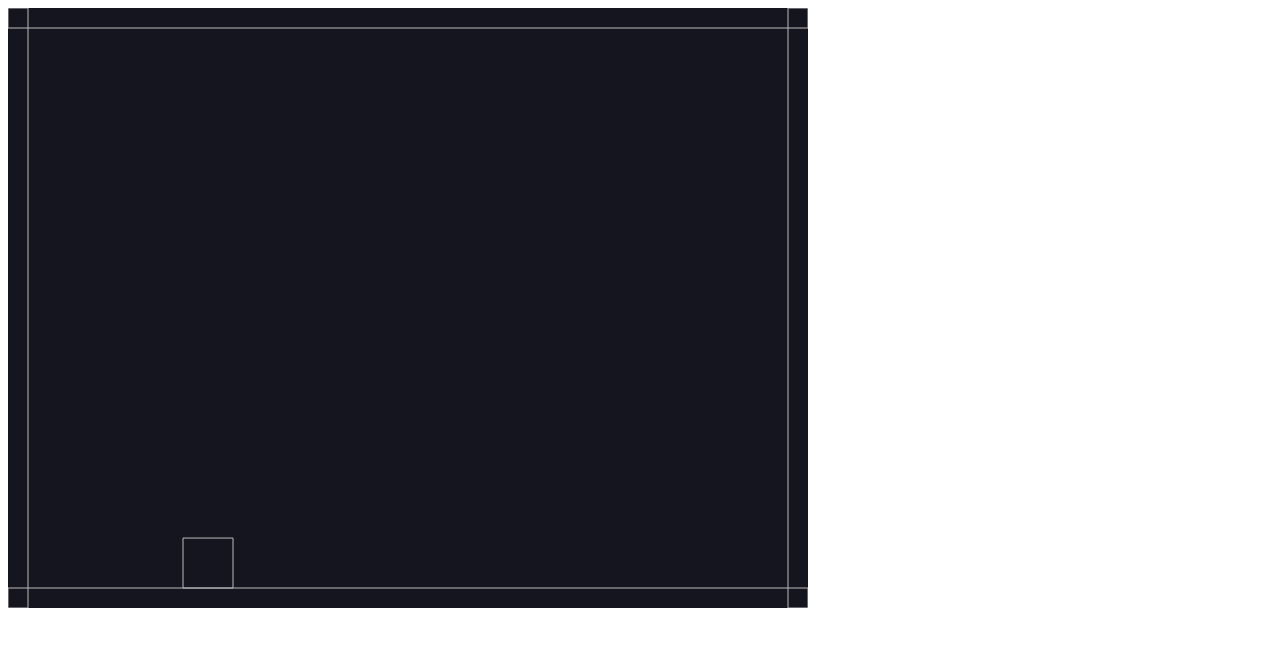
Repository: zhapar/JS-Bootcamp
Page: 3. Maze/index.html
These files come from the project's save history. The page is drawn as it stood at one moment and after the next save; the edit follows.
The browser window is 1280 px wide. The pictures show the whole page.
Some web libraries are served in a nearby version.

Above is the page before, as saved 2020-07-12 18:33:22.

After the next save:
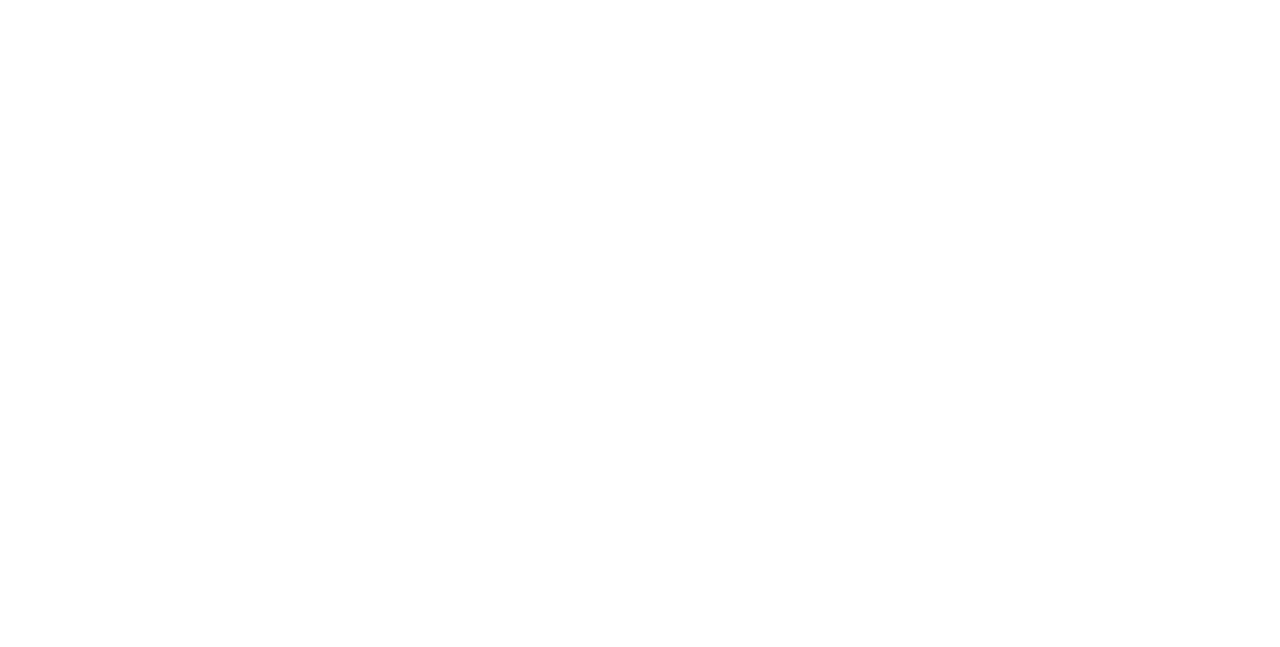
Console error: SyntaxError: missing ) after argument list
Saved 30 s later.
--- a/3. Maze/app.js
+++ b/3. Maze/app.js
@@ -22,7 +22,7 @@
 Render.run(render);
 Runner.run(Runner.create(), engine);
 
-World.add(world, MouseConstraint, {
+World.add(world, MouseConstraint.create(engine, {
   mouse: Mouse.create(render.canvas),
 });
 

After the 2 saves that followed:
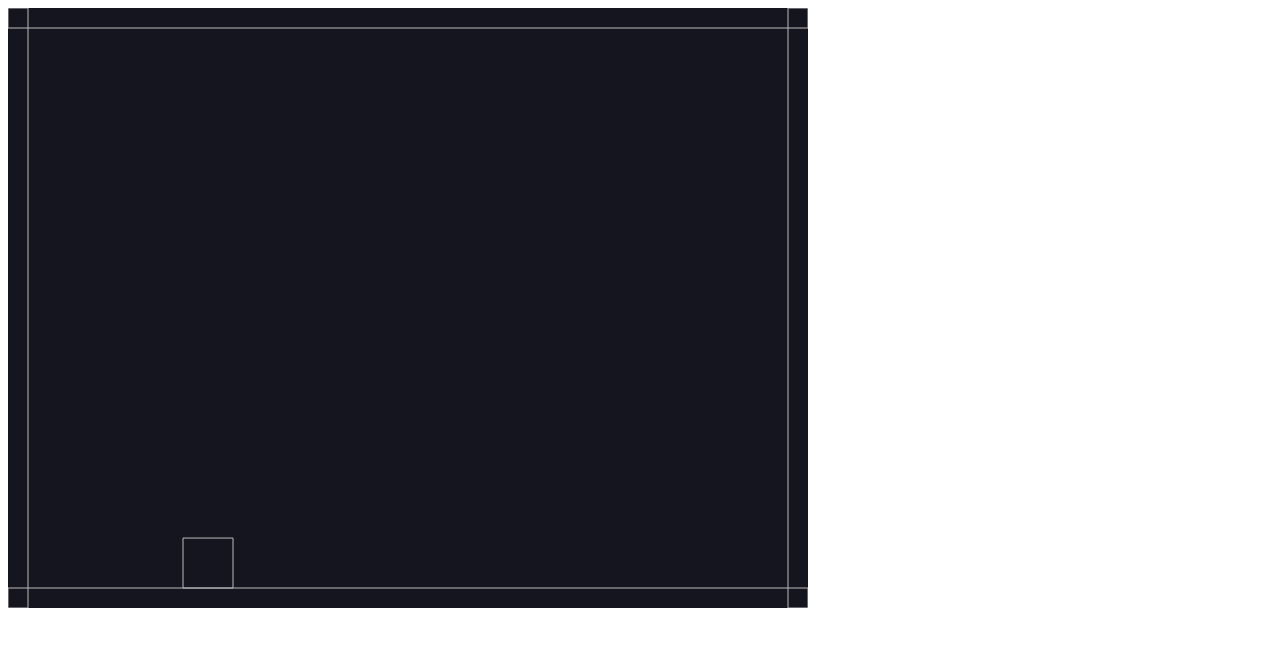
The error is gone.
The 2 saves are shown as one change because 1 left the picture as it was.
The last was saved 13 s later.
--- a/3. Maze/app.js
+++ b/3. Maze/app.js
@@ -22,9 +22,12 @@
 Render.run(render);
 Runner.run(Runner.create(), engine);
 
-World.add(world, MouseConstraint.create(engine, {
-  mouse: Mouse.create(render.canvas),
-});
+World.add(
+  world,
+  MouseConstraint.create(engine, {
+    mouse: Mouse.create(render.canvas),
+  })
+);
 
 const shape = Bodies.rectangle(200, 200, 50, 50, {
   // isStatic: true,
